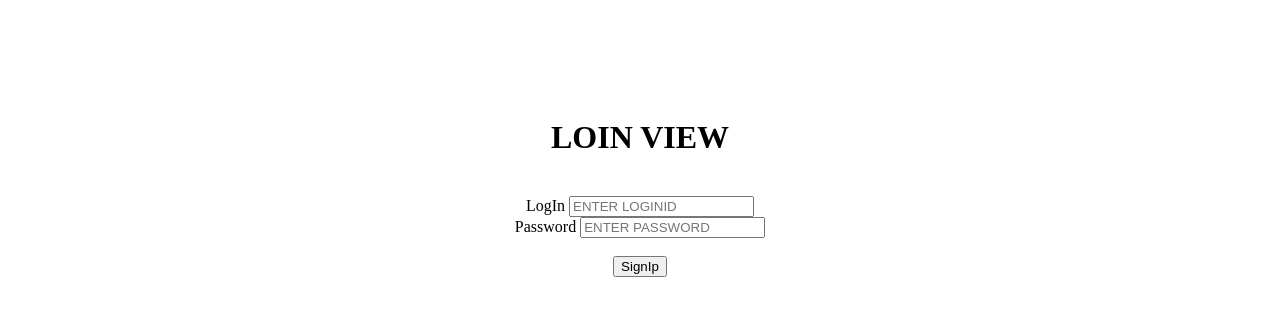
Repository: paras7974/project03practical
Page: http://localhost/proj003/LoginView.jsp
The author's editor kept a copy of each file at every save. The page is drawn from the files as they stood at one save, then again after the next save.
The browser window is 1280 px wide. The pictures show the whole page.
The page is served by Tomcat 9. Other server files are loaded and not shown.

Above is the page before, as saved 2023-11-30 05:46:51.

### project3prac/proj003/src/main/webapp/LoginView.jsp
<%@ page language="java" contentType="text/html; charset=ISO-8859-1"
    pageEncoding="ISO-8859-1"%>
<!DOCTYPE html>
<html>
<head>
<meta charset="ISO-8859-1">
<title>Insert title here</title>
</head>
<body>
   <form action="LoginCtl" method="post">

   <br><br><br><br><br>
   <div align="center">
   <h1>LOIN VIEW</h1>
   <table>
   <br>
       <div>
           <label>LogIn</label>
           <input type="text" name = "login" placeholder="ENTER LOGINID">
       </div>

        <div>
          <label>Password</label>
          <input type="text" name = "password" placeholder="ENTER PASSWORD">

        </div>

        <br> <div class="text-center">

          <input type="submit" name = operation value = SignIp>
        </div>



   </table>
   </div>

   </form>
</body>
</html>

After the next save:
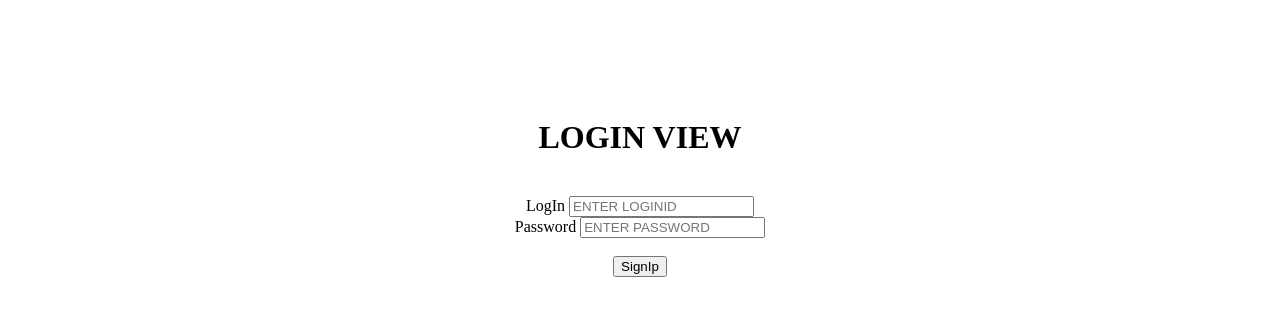
Saved 89 s later.
--- a/project3prac/proj003/src/main/webapp/LoginView.jsp
+++ b/project3prac/proj003/src/main/webapp/LoginView.jsp
@@ -11,7 +11,7 @@
 
    <br><br><br><br><br>
    <div align="center">
-   <h1>LOIN VIEW</h1>
+   <h1>LOGIN VIEW</h1>
    <table>
    <br>
        <div>
